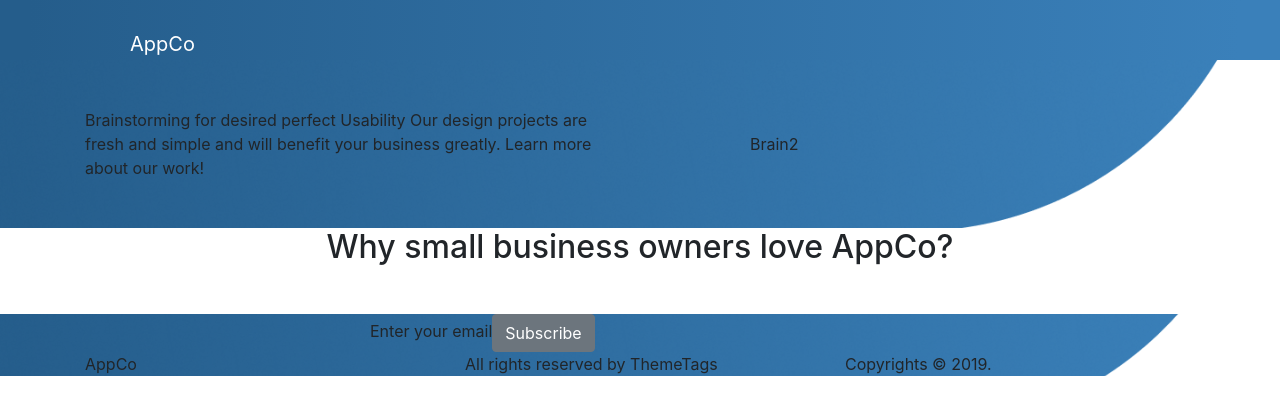
Repository: andbilous/user-statistics-app
Page: /
These files come from the project's save history. The page is drawn as it stood at one moment and after a run of saves; the edit follows.
The browser window is 1280 px wide. The pictures show the whole page.
The project was rebuilt for these pictures with package versions that can differ from the ones it lists, and the page was loaded fresh each time. Also part of the build but not shown: src/components/reasons/reasons.scss.

Above is the page before, as saved 2020-06-19 14:58:27.

After the next 2 saves:
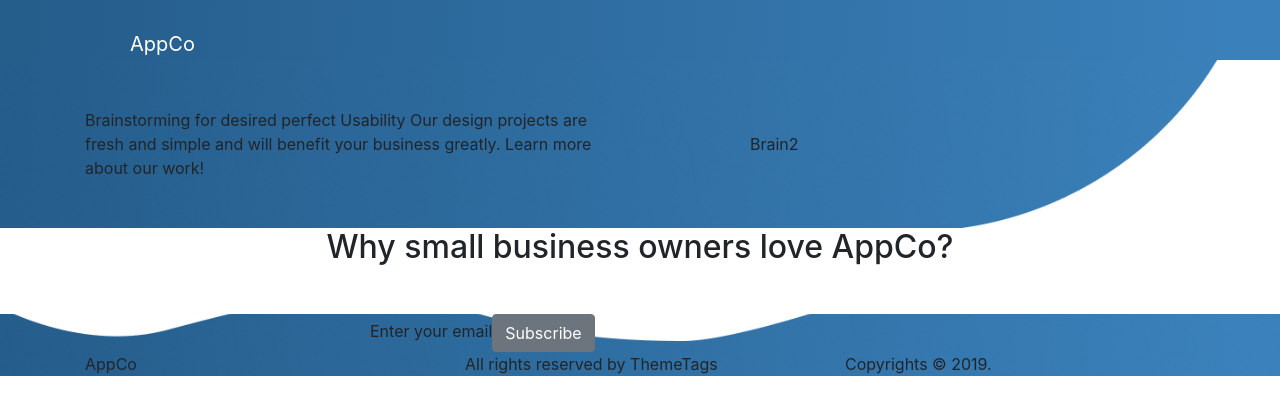
The 2 saves are shown as one change because they came seconds apart.
The last was saved 9 s later.
--- a/src/components/footer/footer.scss
+++ b/src/components/footer/footer.scss
@@ -1,5 +1,5 @@
 .footer{
-  background-image: url(../../img/bg.png);
+  background-image: url(../../img/footer-bg.png);
   background-repeat: no-repeat;
   background-position: center center;
   background-size: cover;
